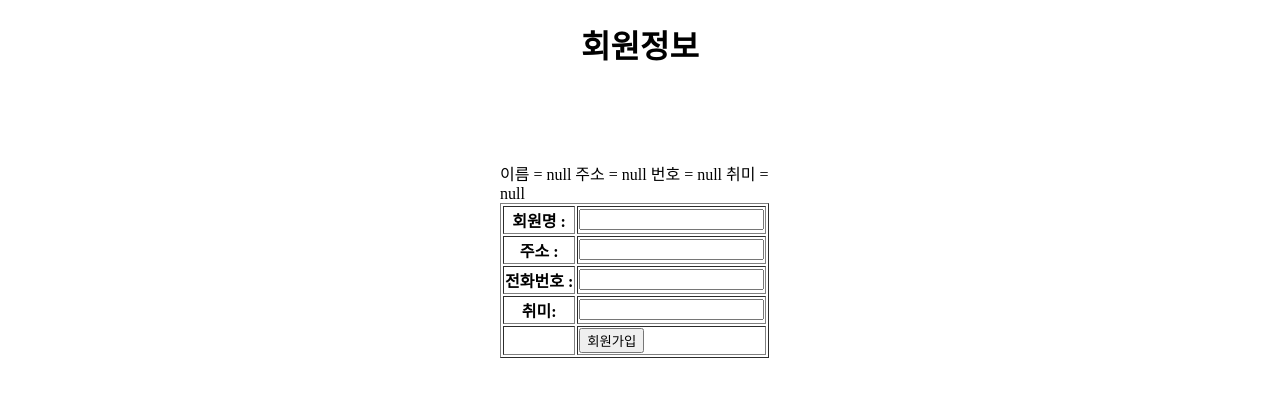
Repository: ssookkdduugg/jsp
Page: http://localhost/Hello/memResult.jsp
These files come from the project's save history. The page is drawn as it stood at one moment and after the next save; the edit follows.
The browser window is 1280 px wide. The pictures show the whole page.
The page is served by Tomcat 9. Other server files are loaded and not shown.

Above is the page before, as saved 2023-09-19 05:35:10.

### Hello/src/main/webapp/memResult.jsp
<%@ page language="java" contentType="text/html; charset=UTF-8"
    pageEncoding="UTF-8"%>
<!DOCTYPE html>
<html>
<head>
<meta charset="UTF-8">
<title>Insert title here</title>
<style type="text/css">
		body{margin: auto;}
		div{
		width: 280px;
		margin: auto;
		}
		h1{
		text-align: center;
		}
</style>
</head>
<body>
<div>
<h1>회원정보</h1>
<table border="1">
<tr><th>회원명 :</th><td><input type="text" name="name"></td></tr><br>
	<tr><th>주소 :</th><td><input type="text" name="addr"></td></tr><br>
	<tr><th>전화번호 :</th><td><input type="text" name="num"></td></tr><br>
	<tr><th>취미:</th><td><input type="text" name="hobby"></td></tr><br>
	<tr><td></td><td><input type="submit" value="회원가입"></td></tr>
이름 = <%=request.getParameter("name") %>
주소 = <%=request.getParameter("addr") %>
번호 = <%=request.getParameter("num") %>
취미 = <%=request.getParameter("hobby") %>
</table>
</div>
</body>
</html>

After the next save:
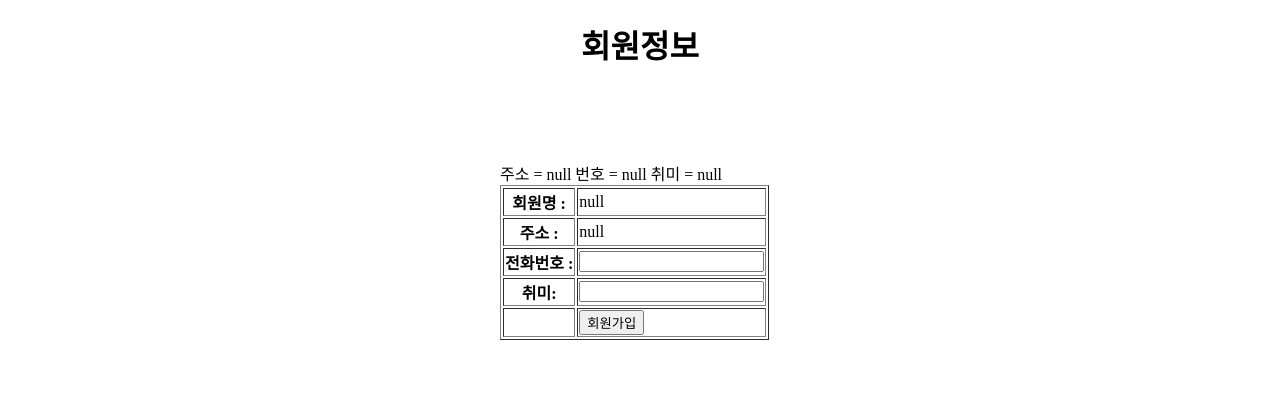
Saved 20 s later.
--- a/Hello/src/main/webapp/memResult.jsp
+++ b/Hello/src/main/webapp/memResult.jsp
@@ -20,12 +20,12 @@
 <div>
 <h1>회원정보</h1>
 <table border="1">
-<tr><th>회원명 :</th><td><input type="text" name="name"></td></tr><br>
-	<tr><th>주소 :</th><td><input type="text" name="addr"></td></tr><br>
+<tr><th>회원명 :</th><td><%=request.getParameter("name") %></td></tr><br>
+	<tr><th>주소 :</th><td><%=request.getParameter("addr") %></td></tr><br>
 	<tr><th>전화번호 :</th><td><input type="text" name="num"></td></tr><br>
 	<tr><th>취미:</th><td><input type="text" name="hobby"></td></tr><br>
 	<tr><td></td><td><input type="submit" value="회원가입"></td></tr>
-이름 = <%=request.getParameter("name") %>
+
 주소 = <%=request.getParameter("addr") %>
 번호 = <%=request.getParameter("num") %>
 취미 = <%=request.getParameter("hobby") %>
